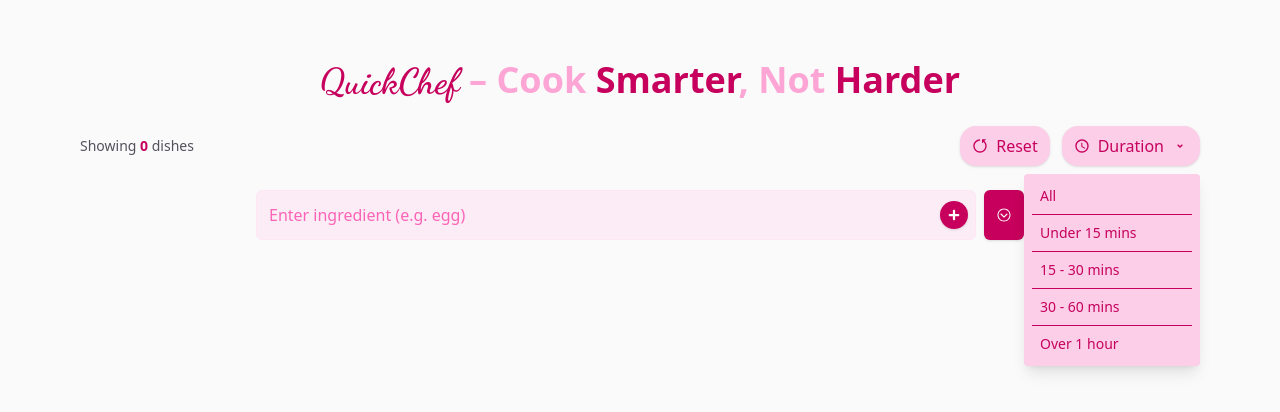
Repository: Priya-creates/QuickChef
Page: /, after clicking the first element matching `div.relative > button`
These files come from the project's save history. The page is drawn as it stood at one moment and after the next save; the edit follows.
The browser window is 1280 px wide. The pictures show the whole page.
Some web fonts or font styles are not loaded; a fallback is used. The project was rebuilt for these pictures with package versions that can differ from the ones it lists, and the page was loaded fresh each time. Also part of the build but not shown: vite.config.js, src/components/DishCard.jsx.

Above is the page before, as saved 2025-10-28 17:56:12.

After the next save:
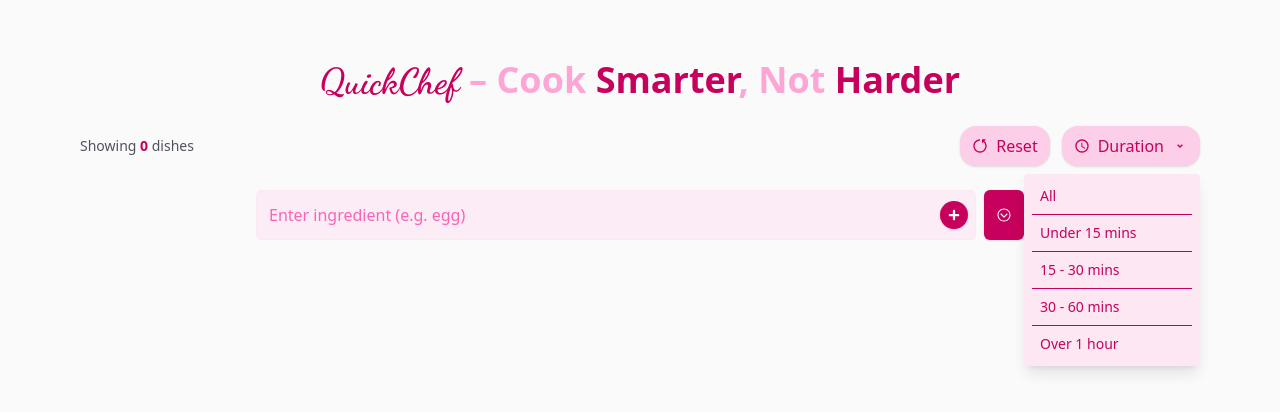
Saved 41 s later.
--- a/src/App.jsx
+++ b/src/App.jsx
@@ -218,7 +218,7 @@
               </button>
 
               {showChooseTime && (
-                <div className="mt-2 w-44 right-0 absolute  rounded shadow-lg p-2 text-sm z-40 text-pink-700 bg-pink-200 transition-all duration-300 ease-in">
+                <div className="mt-2 w-44 right-0 absolute  rounded shadow-lg p-2 text-sm z-40 text-pink-700 bg-pink-100 transition-all duration-300 ease-in">
                   <button
                     onClick={handleAll}
                     className="w-full text-left px-2 py-1 rounded hover:bg-pink-50"
